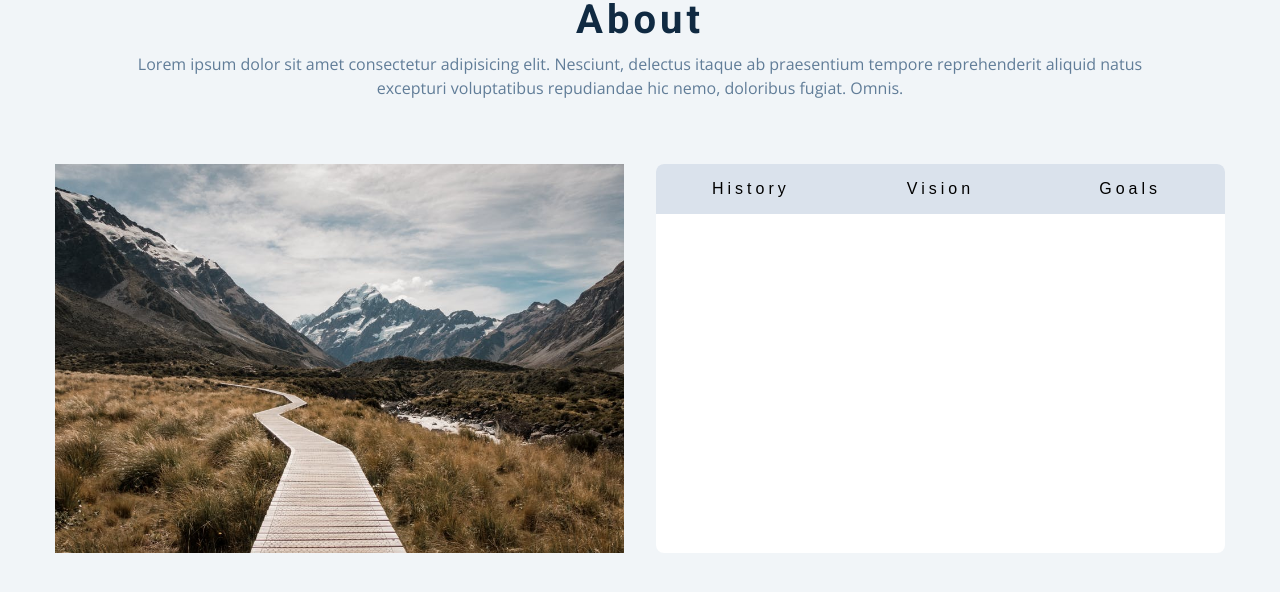
Repository: Kamrangujjar85112/Javascript-Vanilla-Projects
Page: setup/11-tabs/setup/index.html
These files come from the project's save history. The page is drawn as it stood at one moment and after the next save; the edit follows.
The browser window is 1280 px wide. The pictures show the whole page.

Above is the page before, as saved 2022-02-03 13:28:54.

### setup/11-tabs/setup/index.html
<!DOCTYPE html>
<html lang="en">
  <head>
    <meta charset="UTF-8" />
    <meta name="viewport" content="width=device-width, initial-scale=1.0" />
    <title>Tabs</title>

    <!-- styles -->
    <link rel="stylesheet" href="styles.css" />
  </head>
  <body>
    <section>
      <div class="title">
        <h2>about</h2>
        <p>Lorem ipsum dolor sit amet consectetur adipisicing elit. Nesciunt, delectus itaque ab praesentium tempore reprehenderit aliquid natus excepturi voluptatibus repudiandae hic nemo, doloribus fugiat. Omnis.</p>
      </div>
      <div class="about-center section-center">
        <article>

          <img src="./hero-bcg.jpeg" alt="about picture">
        </article>
      <article class="about">
        <!-- btn container -->
        <div class="btn-container">
          <button class="tab-btn" data-id="history">history</button>
          <button class="tab-btn" data-id="vision">vision</button>
          <button class="tab-btn" data-id="goals">goals</button>
        </div>
      </article>
      </div>
    </section>
    <!-- javascript -->
    <script src="app.js"></script>
  </body>
</html>

### setup/11-tabs/setup/styles.css
/*
===============
Fonts
===============
*/
@import url("https://fonts.googleapis.com/css?family=Open+Sans|Roboto:400,700&display=swap");

/*
===============
Variables
===============
*/

:root {
  /* dark shades of primary color*/
  --clr-primary-1: hsl(205, 86%, 17%);
  --clr-primary-2: hsl(205, 77%, 27%);
  --clr-primary-3: hsl(205, 72%, 37%);
  --clr-primary-4: hsl(205, 63%, 48%);
  /* primary/main color */
  --clr-primary-5: #49a6e9;
  /* lighter shades of primary color */
  --clr-primary-6: hsl(205, 89%, 70%);
  --clr-primary-7: hsl(205, 90%, 76%);
  --clr-primary-8: hsl(205, 86%, 81%);
  --clr-primary-9: hsl(205, 90%, 88%);
  --clr-primary-10: hsl(205, 100%, 96%);
  /* darkest grey - used for headings */
  --clr-grey-1: hsl(209, 61%, 16%);
  --clr-grey-2: hsl(211, 39%, 23%);
  --clr-grey-3: hsl(209, 34%, 30%);
  --clr-grey-4: hsl(209, 28%, 39%);
  /* grey used for paragraphs */
  --clr-grey-5: hsl(210, 22%, 49%);
  --clr-grey-6: hsl(209, 23%, 60%);
  --clr-grey-7: hsl(211, 27%, 70%);
  --clr-grey-8: hsl(210, 31%, 80%);
  --clr-grey-9: hsl(212, 33%, 89%);
  --clr-grey-10: hsl(210, 36%, 96%);
  --clr-white: #fff;
  --clr-red-dark: hsl(360, 67%, 44%);
  --clr-red-light: hsl(360, 71%, 66%);
  --clr-green-dark: hsl(125, 67%, 44%);
  --clr-green-light: hsl(125, 71%, 66%);
  --clr-black: #222;
  --ff-primary: "Roboto", sans-serif;
  --ff-secondary: "Open Sans", sans-serif;
  --transition: all 0.3s linear;
  --spacing: 0.25rem;
  --radius: 0.5rem;
  --light-shadow: 0 5px 15px rgba(0, 0, 0, 0.1);
  --dark-shadow: 0 5px 15px rgba(0, 0, 0, 0.2);
  --max-width: 1170px;
  --fixed-width: 620px;
}
/*
===============
Global Styles
===============
*/

*,
::after,
::before {
  margin: 0;
  padding: 0;
  box-sizing: border-box;
}
body {
  font-family: var(--ff-secondary);
  background: var(--clr-grey-10);
  color: var(--clr-grey-1);
  line-height: 1.5;
  font-size: 0.875rem;
}
ul {
  list-style-type: none;
}
a {
  text-decoration: none;
}
img:not(.logo) {
  width: 100%;
}
img {
  display: block;
}

h1,
h2,
h3,
h4 {
  letter-spacing: var(--spacing);
  text-transform: capitalize;
  line-height: 1.25;
  margin-bottom: 0.75rem;
  font-family: var(--ff-primary);
}
h1 {
  font-size: 3rem;
}
h2 {
  font-size: 2rem;
}
h3 {
  font-size: 1.25rem;
}
h4 {
  font-size: 0.875rem;
}
p {
  margin-bottom: 1.25rem;
  color: var(--clr-grey-5);
}
@media screen and (min-width: 800px) {
  h1 {
    font-size: 4rem;
  }
  h2 {
    font-size: 2.5rem;
  }
  h3 {
    font-size: 1.75rem;
  }
  h4 {
    font-size: 1rem;
  }
  body {
    font-size: 1rem;
  }
  h1,
  h2,
  h3,
  h4 {
    line-height: 1;
  }
}
/*  global classes */

.btn {
  text-transform: uppercase;
  background: transparent;
  color: var(--clr-black);
  padding: 0.375rem 0.75rem;
  letter-spacing: var(--spacing);
  display: inline-block;
  transition: var(--transition);
  font-size: 0.875rem;
  border: 2px solid var(--clr-black);
  cursor: pointer;
  box-shadow: 0 1px 3px rgba(0, 0, 0, 0.2);
  border-radius: var(--radius);
}
.btn:hover {
  color: var(--clr-white);
  background: var(--clr-black);
}
/* section */
.section {
  padding: 5rem 0;
}

.section-center {
  width: 90vw;
  margin: 0 auto;
  max-width: 1170px;
}
@media screen and (min-width: 992px) {
  .section-center {
    width: 95vw;
  }
}
main {
  min-height: 100vh;
  display: grid;
  place-items: center;
}
/*
===============
About
===============
*/
.title {
  text-align: center;
  margin-bottom: 4rem;
}
.title p {
  width: 80%;
  margin: 0 auto;
}

.about-img {
  margin-bottom: 2rem;
}
.about-img img {
  border-radius: var(--radius);
  object-fit: cover;
  height: 20rem;
}
@media screen and (min-width: 992px) {
  .about-img {
    margin-bottom: 0;
  }

  .about-center {
    display: grid;
    grid-template-columns: 1fr 1fr;
    column-gap: 2rem;
  }
}
.about {
  background: var(--clr-white);
  border-radius: var(--radius);
  display: grid;
  grid-template-rows: auto 1fr;
}
.btn-container {
  border-top-left-radius: var(--radius);
  border-top-right-radius: var(--radius);
  display: grid;
  grid-template-columns: 1fr 1fr 1fr;
}
.tab-btn:nth-child(1) {
  border-top-left-radius: var(--radius);
}
.tab-btn:nth-child(3) {
  border-top-right-radius: var(--radius);
}
.tab-btn {
  padding: 1rem 0;
  border: none;
  text-transform: capitalize;
  font-size: 1rem;
  display: block;
  background: var(--clr-grey-9);
  cursor: pointer;
  transition: var(--transition);
  letter-spacing: var(--spacing);
}
.tab-btn:hover:not(.active) {
  background: var(--clr-primary-10);
  color: var(--clr-primary-5);
}
.about-content {
  border-bottom-left-radius: var(--radius);
  border-bottom-right-radius: var(--radius);
  padding: 2rem 1.5rem;
}
/* hide content */
.content {
  display: none;
}
.tab-btn.active {
  background: var(--clr-white);
}
.content.active {
  display: block;
}

Loaded but not shown: setup/11-tabs/setup/app.js (no copy from this time; the picture is the same without it)

After the next save:
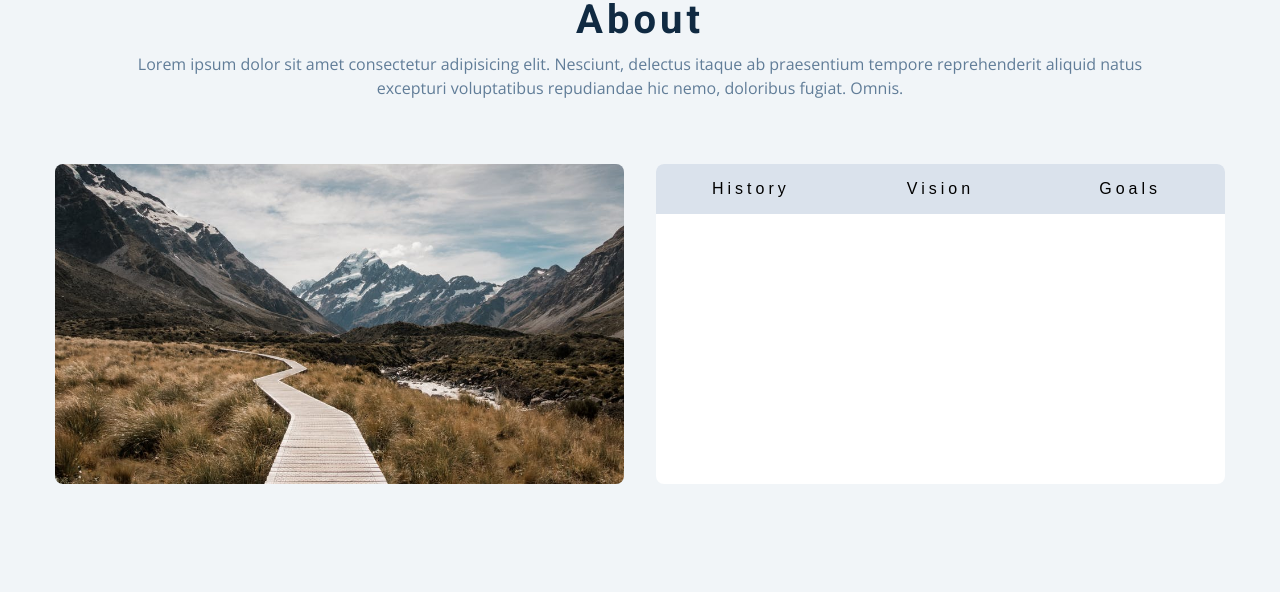
Saved 33 s later.
--- a/setup/11-tabs/setup/index.html
+++ b/setup/11-tabs/setup/index.html
@@ -15,7 +15,8 @@
         <p>Lorem ipsum dolor sit amet consectetur adipisicing elit. Nesciunt, delectus itaque ab praesentium tempore reprehenderit aliquid natus excepturi voluptatibus repudiandae hic nemo, doloribus fugiat. Omnis.</p>
       </div>
       <div class="about-center section-center">
-        <article>
+        <article class="about-img">
+
 
           <img src="./hero-bcg.jpeg" alt="about picture">
         </article>
